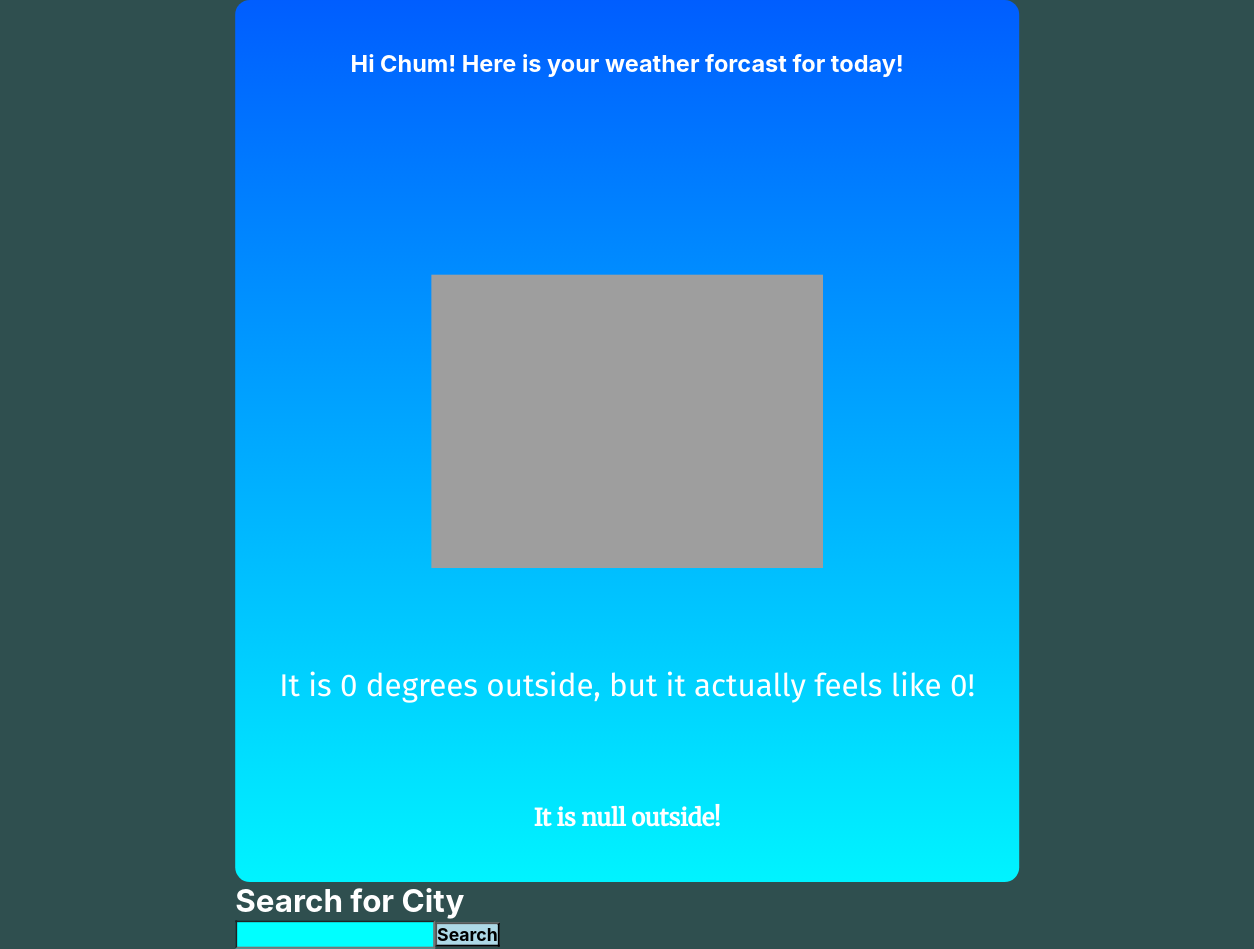
Repository: sayrilamar/chumsweatherapp
Page: /
These files come from the project's save history. The page is drawn as it stood at one moment and after the next save; the edit follows.
The browser window is 1280 px wide. The pictures show the whole page, at 98% of full size.
Pictures or frames that could not be fetched are drawn as grey boxes. The page's requests for data from a server got no answer. The project was rebuilt for these pictures with package versions that can differ from the ones it lists, and the page was loaded fresh each time. No one was signed in, and anything a server would have sent is missing.

Above is the page before, as saved 2020-04-19 13:57:37.

### public/index.html
<!DOCTYPE html>
<html lang="en">

  <head>
    <meta charset="utf-8" />
    <link rel="icon" href="%PUBLIC_URL%/favicon.ico" />
    <meta name="viewport" content="width=device-width, initial-scale=1" />
    <meta name="theme-color" content="#000000" />
    <meta name="description" content="Web site created using create-react-app" />
    <link rel="apple-touch-icon" href="%PUBLIC_URL%/logo192.png" />
    <!--
      manifest.json provides metadata used when your web app is installed on a
      user's mobile device or desktop. See https://developers.google.com/web/fundamentals/web-app-manifest/
    -->
    <link rel="manifest" href="%PUBLIC_URL%/manifest.json" />
    <!--
      Notice the use of %PUBLIC_URL% in the tags above.
      It will be replaced with the URL of the `public` folder during the build.
      Only files inside the `public` folder can be referenced from the HTML.

      Unlike "/favicon.ico" or "favicon.ico", "%PUBLIC_URL%/favicon.ico" will
      work correctly both with client-side routing and a non-root public URL.
      Learn how to configure a non-root public URL by running `npm run build`.
    -->
    <title>Chum Weather!</title>
  </head>

  <body>
    <noscript>You need to enable JavaScript to run this app.</noscript>
    <div id="root"></div>
    <!--
      This HTML file is a template.
      If you open it directly in the browser, you will see an empty page.

      You can add webfonts, meta tags, or analytics to this file.
      The build step will place the bundled scripts into the <body> tag.

      To begin the development, run `npm start` or `yarn start`.
      To create a production bundle, use `npm run build` or `yarn build`.
    -->
  </body>

</html>

### src/index.css
* {
  margin: 0;
  padding: 0;
  font-family: -apple-system, BlinkMacSystemFont, 'Segoe UI', 'Roboto', 'Oxygen',
    'Ubuntu', 'Cantarell', 'Fira Sans', 'Droid Sans', 'Helvetica Neue',
    sans-serif;
  -webkit-font-smoothing: antialiased;
  -moz-osx-font-smoothing: grayscale;
}

body {
  background: darkslategrey
}

### src/App.js
import React, {useState, useEffect} from "react";
import "./App.css";
import WeatherCard from "./components/WeatherCard/component.js";

function App() {
  const location = "Atlanta";
  const [query,
    setQuery] = useState("");
  const [weather,
    setWeather] = useState({
    temp: null,
    city: null,
    condition: null,
    country: null,
    description: null,
    feels_like: null,
    icon: null
  });

  const data = async q => {
    const apiRes = await fetch(`http://api.openweathermap.org/data/2.5/weather?q=${q}&units=imperial&APPID=ab0ef440364092f54ff821ca2b803163`);
    const resJSON = await apiRes.json();
    return resJSON;
  };

  const handleSearch = e => {
    data(query).then(res => console.log(res));
    e.preventDefault();
    data(query).then(res => {
      setWeather({
        temp: res.main.temp,
        city: res.name,
        condition: res.weather[0].main,
        country: res.sys.country,
        description: res.weather[0].description,
        feels_like: res.main.feels_like,
        icon: res.weather[0].icon
      });
    });
  };

  // runs once the dom is loaded for the first time only, because there is no
  // variable being watched in the dependency array
  useEffect(() => {
    data(location).then(res => {
      setWeather({
        temp: res.main.temp,
        city: res.name,
        condition: res.weather[0].main,
        country: res.sys.country,
        description: res.weather[0].description,
        feels_like: res.main.feels_like,
        icon: res.weather[0].icon
      });
    });
  }, [location]);

  return (
    <div className="App">
      <div>
        <WeatherCard
          temp={Math.round(weather.temp)}
          condition={weather.condition}
          city={weather.city}
          state={weather.country}
          description={weather.description}
          icon={weather.icon}
          feels_like={Math.round(weather.feels_like)}/>
        <h1>Search for City</h1>
        <form>
          <input
            className="input"
            value={query}
            onChange={e => setQuery(e.target.value)}/>
          <button className="button" onClick={e => handleSearch(e)}>
            Search
          </button>
        </form>
      </div>
    </div>
  );
}

export default App;

### src/App.css
@import url("https://fonts.googleapis.com/css?family=Merriweather|Fira+Sans&display=swap");


.App {
  margin: 0 auto;
  color: white;
  display: flex;
  justify-content: center;
  align-items: center;
}


h1 {
  font-weight: bold;
}

.input {
  background-color: aqua;
  font-weight: bold;
  height: 25px;
  width: 200px;
  font-size: large;
}

.button {
  height: fit-content;
  font-size: large;
  font-weight: bold;
  background-color: lightblue
}

### src/components/WeatherCard/component.js
import React from "react";
import styled from "@emotion/styled";
import Location from "./Location";
import Icon from "./Icon";
import Condition from "./Condition";

const WeatherCard = ({
    temp,
    condition,
    city,
    state,
    description,
    feels_like,
    icon
}) => {
    let highColor = 0;
    let lowColor = 0;
    let bg = null;

    if (temp > 53.6) {
        highColor = (1 - (temp - 53.6) / 50.4) * 255;
        lowColor = highColor - 150;
        bg = `linear-gradient(
            to top,
            rgb(255, ${highColor}, 0),
            rgb(255, ${lowColor}, 0)
          )`;
    } else if (temp <= 53.6) {
        highColor = (1 - (temp + 4) / 89) * 255;
        lowColor = highColor - 150;
        bg = `linear-gradient(
            to top,
            rgb(0, ${highColor}, 255),
            rgb(0, ${lowColor}, 255)
          )`;
    }

    const Card = styled.div `
    margin: 0 auto;
    background: ${bg};
    width: 800px;
    height: 900px;
    display: flex;
    flex-direction: column;
    justify-content: space-around;
    align-items: center;
    border-radius: 15px;
  `;

    return (
        <Card>
            <h2>Hi Chum! Here is your weather forcast for today!</h2>
            <Location city={city} state={state}/>
            <Icon condition={condition} icon={icon}/>
            <Condition
                temp={temp}
                condition={condition}
                description={description}
                feels_like={feels_like}/>
        </Card>
    );
};

export default WeatherCard;

### src/components/WeatherCard/Location.js
import React from "react";
import styled from "@emotion/styled";

const Location = ({city, state}) => {
  const Container = styled.div `
    text-align: center;
  `;

  const City = styled.h1 `
    font-family: "Merriweather", sans-serif;
    font-size: 3.6rem;
  `;

  const Country = styled.h3 `
    font-family: "Fira Sans", sans-serif;
    font-size: 1.1rem;
  `;

  return (
    <Container>
      <City>{city}</City>
      <Country>{state}</Country>
    </Container>
  );
};

export default Location;

### src/components/WeatherCard/Icon.js
import React from "react";
import styled from "@emotion/styled";

// https://openweathermap.org/weather-conditions
const Icon = ({icon}) => {
  const Icon = styled.img `
    width: 50%;
  `;

  return (<Icon src={`http://openweathermap.org/img/wn/${icon}.png`} alt="Weather Icon"/>);
};

export default Icon;

### src/components/WeatherCard/Condition.js
import React, {Fragment} from "react";
import styled from "@emotion/styled";

const Condition = ({temp, condition, description, feels_like}) => {
  const Temp = styled.h1 `
    font-family: "Fira Sans", sans-serif;
    font-size: 2rem;
    font-weight: 200;
  `;

  const State = styled.h3 `
    font-family: "Merriweather", sans-serif;
    font-size: 1.5rem;
  `;

  return (
    <Fragment>
      <Temp>
        It is {temp + " "}
        degrees outside, but it actually feels like {feels_like}!
      </Temp>
      <State>{"It is " + description + " outside!"}</State>
    </Fragment>
  );
};

export default Condition;

Loaded but not shown: src/index.js (common file); src/serviceWorker.js (common file)

After the next save:
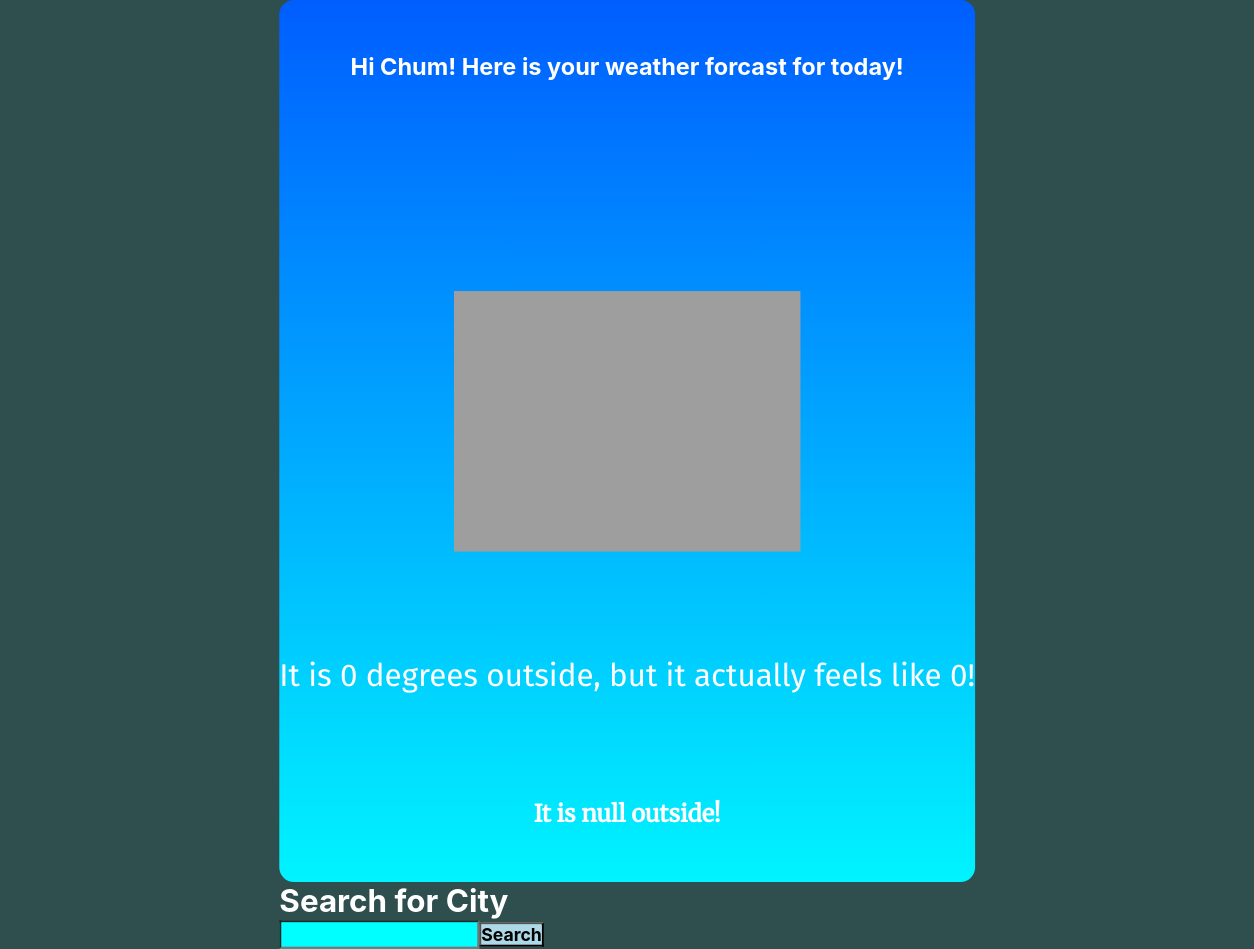
Saved 73 s later.
--- a/src/components/WeatherCard/component.js
+++ b/src/components/WeatherCard/component.js
@@ -38,7 +38,7 @@ const WeatherCard = ({
     const Card = styled.div `
     margin: 0 auto;
     background: ${bg};
-    width: 800px;
+    width: 100%;
     height: 900px;
     display: flex;
     flex-direction: column;
